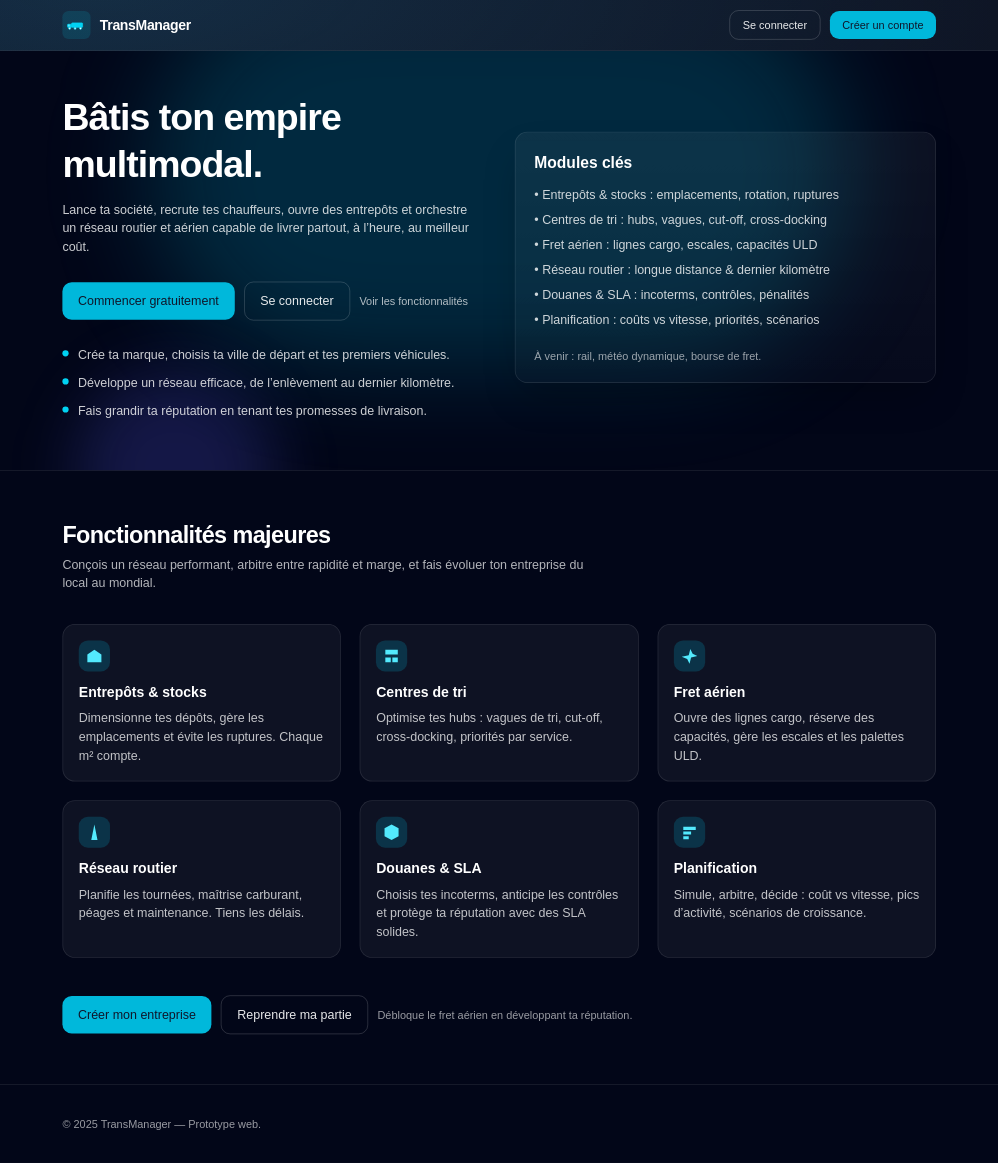
Repository: mathys65/transmanager
Page: /
The author's editor kept a copy of each file at every save. The page is drawn from the files as they stood at one save, then again after the next save.
The browser window is 1280 px wide. The pictures show the whole page, at 78% of full size.
The project was rebuilt for these pictures with package versions that can differ from the ones it lists, and the page was loaded fresh each time. The framework's server and built-in components were replaced by stand-ins that run in the browser. Also part of the build but not shown: next.config.ts.

Above is the page before, as saved 2025-09-14 15:15:17.

After the next save:
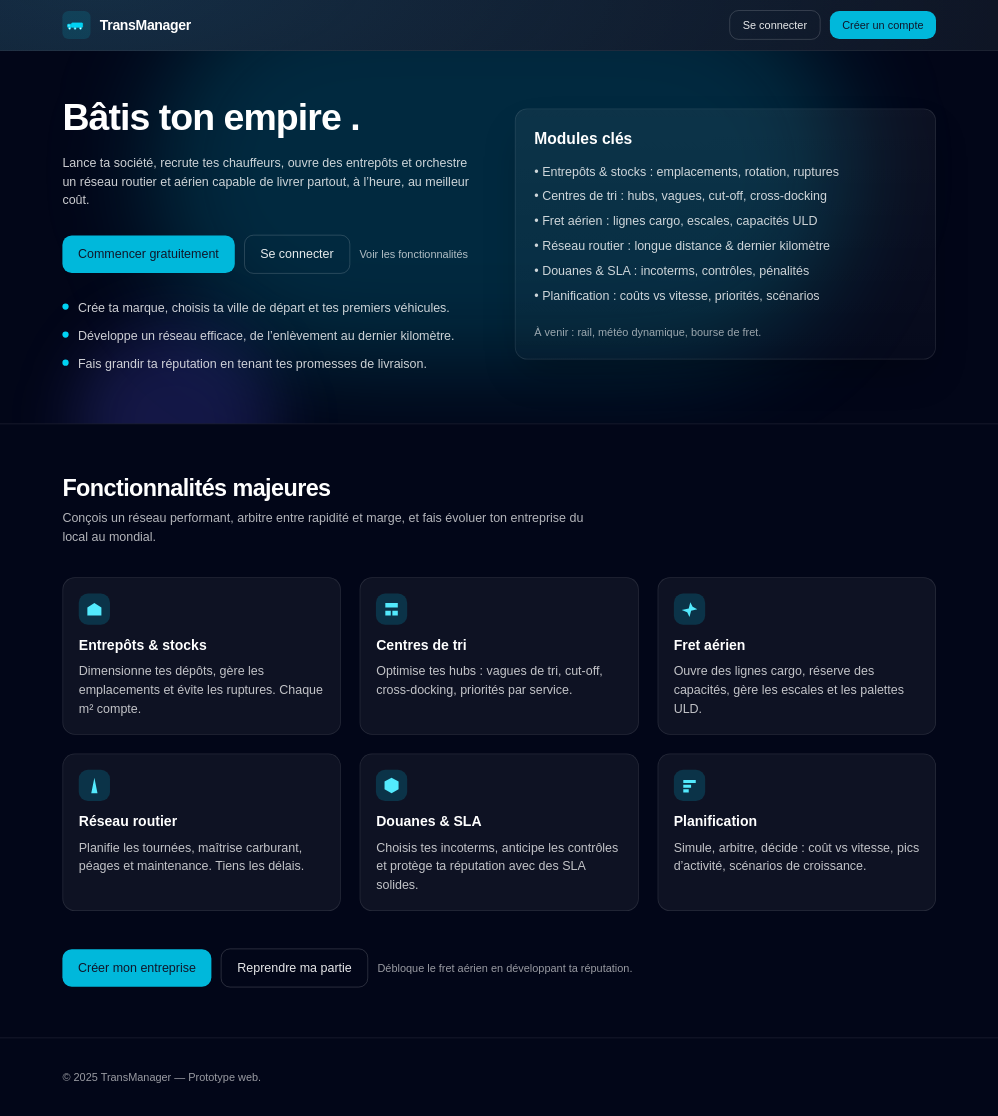
Saved 40 s later.
--- a/src/app/page.tsx
+++ b/src/app/page.tsx
@@ -17,7 +17,7 @@
           <div className="grid items-center gap-10 md:grid-cols-2">
             <div>
               <h1 className="text-4xl font-extrabold leading-tight tracking-tight md:text-5xl">
-                Bâtis ton empire multimodal.
+                Bâtis ton empire .
               </h1>
               <p className="mt-4 text-white/80">
                 Lance ta société, recrute tes chauffeurs, ouvre des entrepôts et orchestre un réseau

After the save that followed:
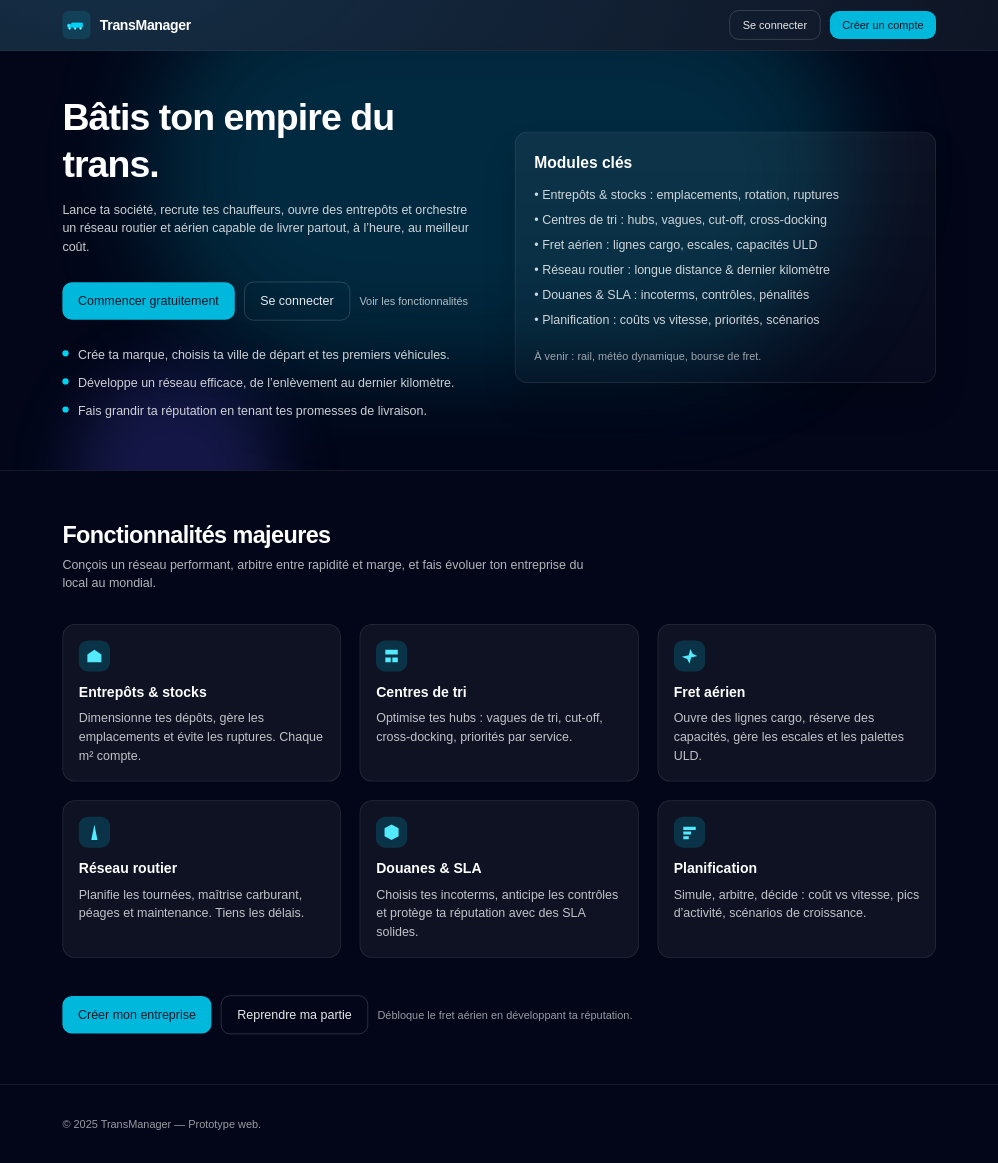
Saved 9 s later.
--- a/src/app/page.tsx
+++ b/src/app/page.tsx
@@ -17,7 +17,7 @@
           <div className="grid items-center gap-10 md:grid-cols-2">
             <div>
               <h1 className="text-4xl font-extrabold leading-tight tracking-tight md:text-5xl">
-                Bâtis ton empire .
+                Bâtis ton empire du trans.
               </h1>
               <p className="mt-4 text-white/80">
                 Lance ta société, recrute tes chauffeurs, ouvre des entrepôts et orchestre un réseau
